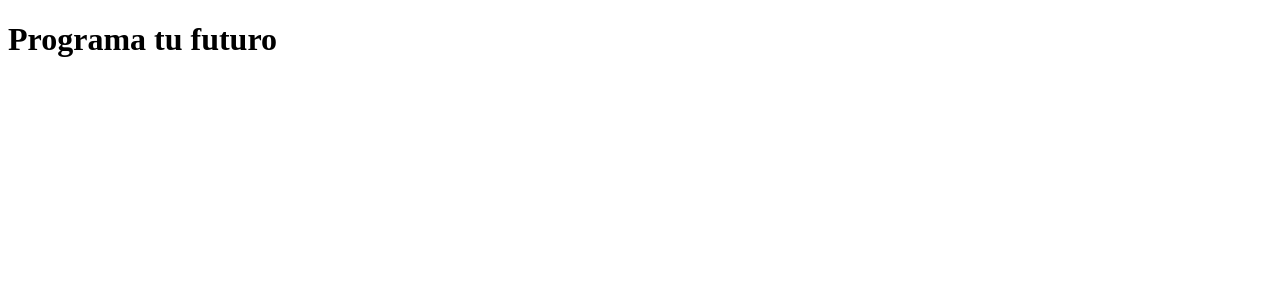
Repository: keanzato/Workspace
Page: login-web-app/src/main/webapp/index.html
These files come from the project's save history. The page is drawn as it stood at one moment and after the next save; the edit follows.
The browser window is 1280 px wide. The pictures show the whole page.

Above is the page before, as saved 2016-06-20 16:14:20.

### login-web-app/src/main/webapp/index.html
<!DOCTYPE html>
<html>
	<head>
		<meta charset="ISO-8859-1">
		<title>Pagina inicial</title>
	</head>

	<body>

		<h1>Programa tu futuro</h1>

	</body>
</html>

After the next save:
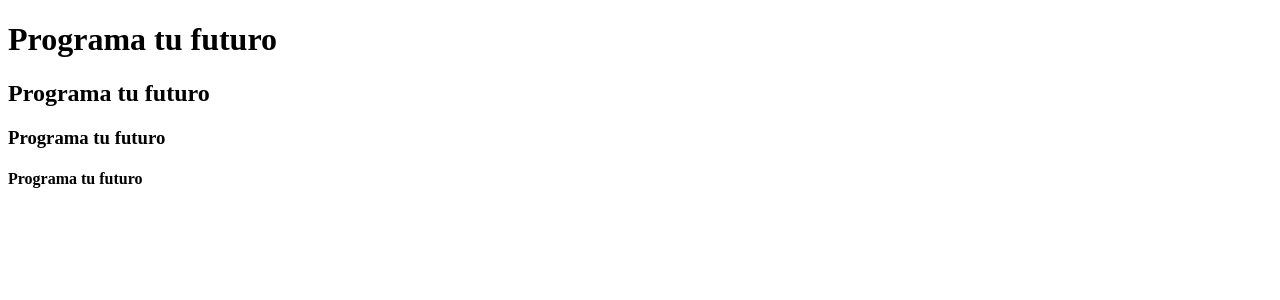
Saved 43 s later.
--- a/login-web-app/src/main/webapp/index.html
+++ b/login-web-app/src/main/webapp/index.html
@@ -8,6 +8,9 @@
 	<body>
 
 		<h1>Programa tu futuro</h1>
+		<h2>Programa tu futuro</h2>
+		<h3>Programa tu futuro</h3>
+		<h4>Programa tu futuro</h4>
 
 	</body>
 </html>
